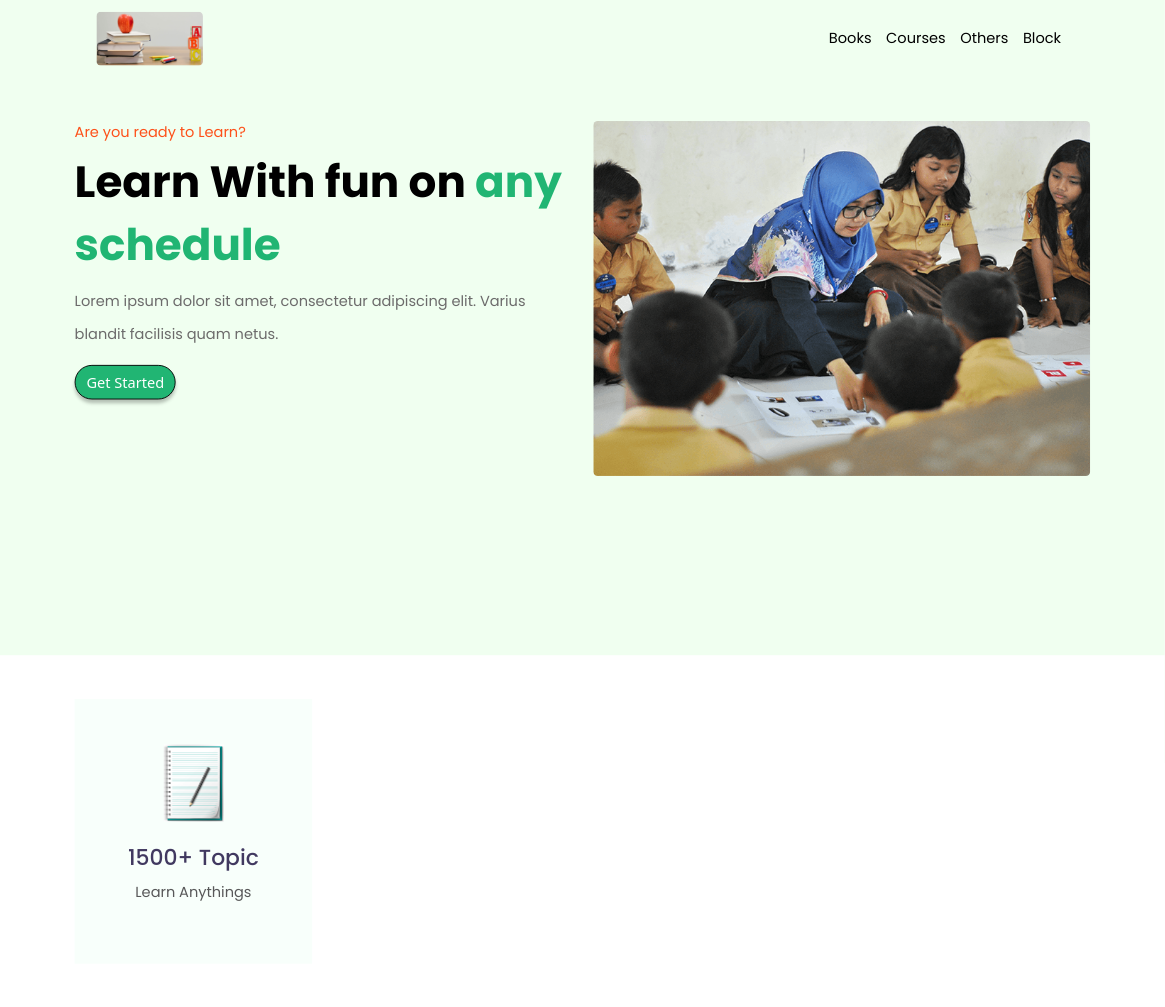
Repository: zjria/Figma-to-E-school
Page: index.html
These files come from the project's save history. The page is drawn as it stood at one moment and after the next save; the edit follows.
The browser window is 1280 px wide. The pictures show the whole page, at 91% of full size.
Some web libraries are served in a nearby version.

Above is the page before, as saved 2022-05-06 19:58:28.

After the next save:
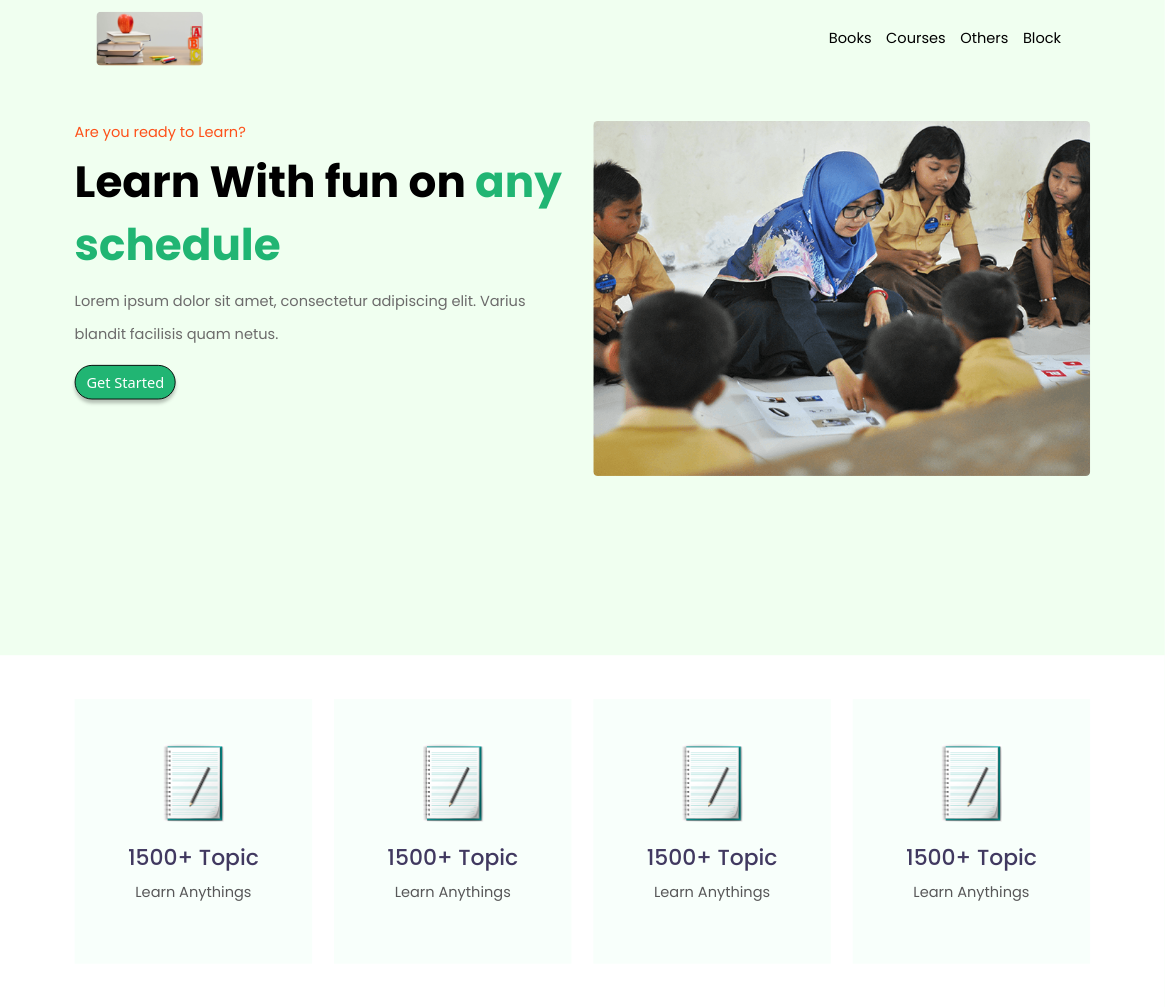
Saved 5 min 10 s later.
--- a/index.html
+++ b/index.html
@@ -73,8 +73,27 @@
               <p>Learn Anythings</p>
             </div>
           </div>
-          <div class="col-md-3"></div>
-          <div class="col-md-3"></div>
+          <div class="col-md-3">
+            <div class="feature-content text-center">
+              <img src="images/price-1.png" class="img-fluid" alt="">
+              <h3>1500+ Topic</h3>
+              <p>Learn Anythings</p>
+            </div>
+          </div>
+          <div class="col-md-3">
+            <div class="feature-content text-center">
+              <img src="images/price-1.png" class="img-fluid" alt="">
+              <h3>1500+ Topic</h3>
+              <p>Learn Anythings</p>
+            </div>
+          </div>
+          <div class="col-md-3">
+            <div class="feature-content text-center">
+              <img src="images/price-1.png" class="img-fluid" alt="">
+              <h3>1500+ Topic</h3>
+              <p>Learn Anythings</p>
+            </div>
+          </div>
         </div>
       </div>
      </section>
